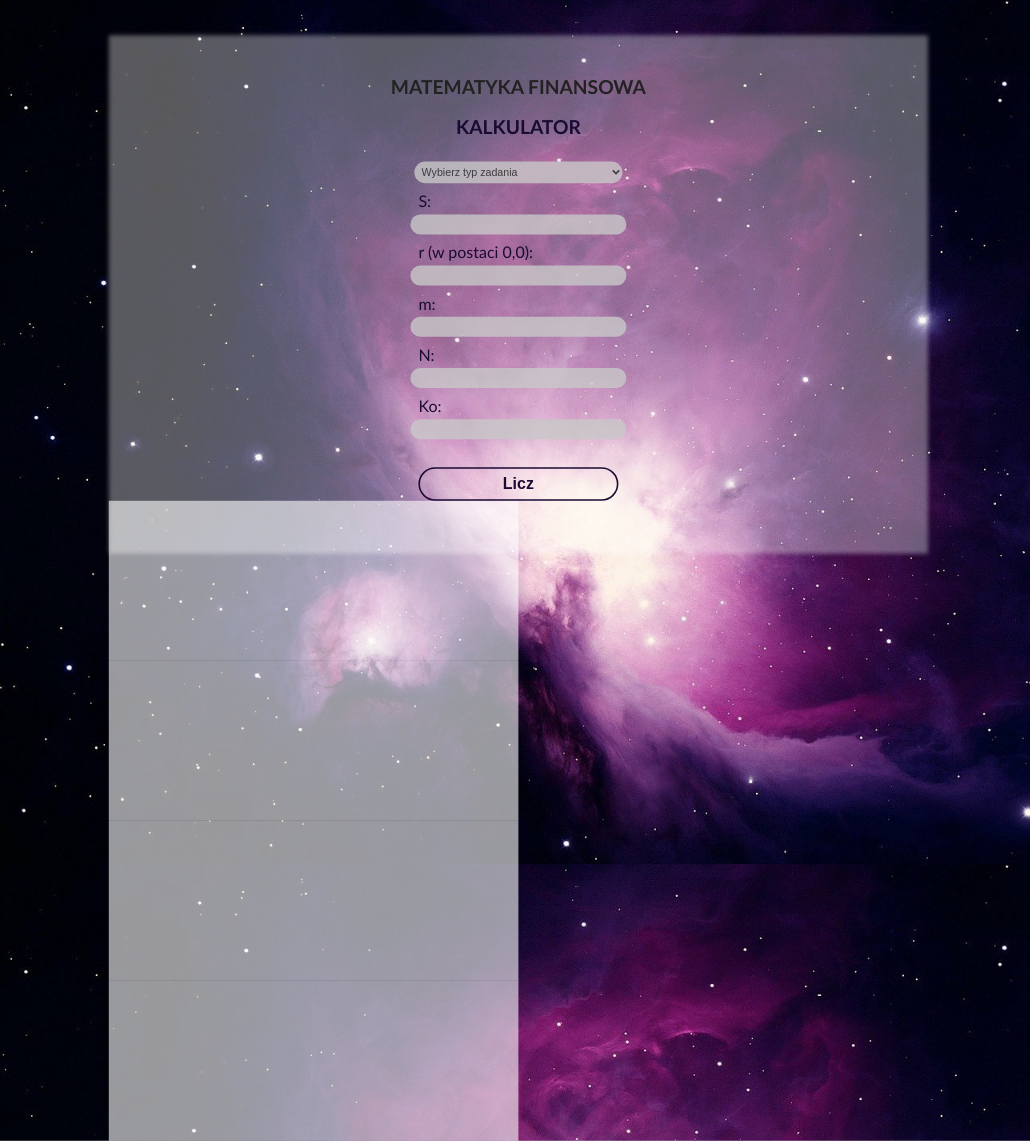
Repository: ravkita/MFCalc
Page: index.html
The author's editor kept a copy of each file at every save. The page is drawn from the files as they stood at one save, then again after the next save.
The browser window is 1280 px wide. The page is 1288 px wide, so the pictures cover 1288 px, including what lies to the right of the window. The pictures show the whole page, at 80% of full size.

Above is the page before, as saved 2021-04-12 20:10:39.

### index.html
<!DOCTYPE html>
<html lang="en">
<head>
    <meta charset="UTF-8">
    <meta http-equiv="X-UA-Compatible" content="IE=edge">
    <meta name="viewport" content="width=device-width, initial-scale=1.0">
    <title>Kalkulator</title>

    <style type="text/css">
        body{
            font-family: 'Gill Sans', 'Gill Sans MT', Calibri, 'Trebuchet MS', sans-serif;
            background-image: url('bg.jpg');
            width: 100vw;
            height: 100vh;
            overflow: hidden;
            display: flex;
            justify-content: center;
            align-items: center;
        }
        .popout{
            width: 80%;
            height: 90vh;
            position: relative;
        }
        .popout .bg{
            width: 100%;
            height: 100%;
            background: rgba(255, 255, 255, 0.35);
            filter: blur(2.55px);
            position: absolute;
            top: 0;
            left: 0;
            z-index: -1;
        }
        .header{
            width: 100%;
            display: flex;
            flex-direction: column;
            justify-content: center;
            align-items: center;
        }
        .title{
            color: #222;
            margin-top: 50px;
            margin-bottom: 10px;
        }
        .subtitle{
            margin-top: 10px;
            color: #1A0B34;
        }

        #form{
            display: flex;
            flex-direction: column;
            justify-content: center;
            align-items: center;
        }
        .formItem{
            display: flex;
            justify-content: flex-start;
            align-items: flex-start;
            flex-direction: column;
            margin-top: 10px;
        }
        select, input[type="number"]{
            width: calc(100vh/2 - 100px);
            outline: 0;
            border: 0;
            background: rgba(201, 201, 201, 0.8);
            border-radius: 20px;
            padding: 5px;
            color: #3d3d3d;
        }
        select:focus, input[type="number"]:focus{
            box-shadow: 0 4px 10px rgba(201, 201, 201, 0.35);
        }
        label{
            padding-left: 10px;
            padding-bottom: 5px;
            color: #1A0B34;
            font-size: 20px;
        }
        input[type="button"]{
            margin-top: 35px;
            background: transparent;
            width: 250px;
            border: solid 2px #1A0B34;
            color: #1A0B34;
            border-radius: 30px;
            font-size: 20px;;
            padding: 7.5px 0;
            font-weight: 600;
            outline: none;
            transition: all .3s ease-in;
        }
        input[type="button"]:hover{
            background: #1A0B34;
            color: #fff;
            cursor: pointer;
        }
        .result{

        }
        .cell{
            width: 50%;
            min-height: 200px;
            background: rgba(255, 255, 255, 0.6);
        }
    </style>
</head>
<body>
    <section class="popout">
        <div class="bg"></div>
        <header class="header">
            <h1 class="title">MATEMATYKA FINANSOWA</h1>
        <h2 class="subtitle">KALKULATOR</h2>
        </header>
        <form action="" id="form">
            <div class="formItem">
                <select name="type" id="typ">
                <option default>Wybierz typ zadania</option>
                <option value="1">zmienna rata</option>
                <option value="2">zmienne płatności</option>
                <option value="3">narastanie kapitału</option>
            </select>
            </div>
            <div class="formItem"><label for="S">S:</label> <input type="number" name="S" class="s"></div>
            <div class="formItem"><label for="r">r (w postaci 0,0):</label> <input type="number" name="r" class="r"></div>
            <div class="formItem"><label for="m">m:</label> <input type="number" name="m" class="m"></div>
            <div class="formItem"><label for="N">N:</label> <input type="number" name="N" class="N"></div>
            <div class="formItem"><label for="Ko">Ko:</label> <input type="number" name="Ko" class="Ko"></div>
            <input type="button" name="confirm" id="confirm" value="Licz">
        </form>
        <div class="result">
            <div class="cell cell-1"></div>
            <div class="cell cell-2"></div>
            <div class="cell cell-3"></div>
            <div class="cell cell-4"></div>
        </div>
    </section>
    <script type="text/javascript">
        let s;
        let r;
        let m;
        let N;
        let q;
        let a;
        let Ko;
        let Sn = [];

        // RATY


        function rataStała(){
            const el = document.createElement("p");
            let t = s/(m*N);
            el.innerText = `T: ${t}`;
            document.querySelector('.cell-1').appendChild(el);
        }
        function rataZmienna(){
            let tn = [];
            let sumaTn = 0;
                for(let i = 1; i<=N*m; i++){
                    const el = document.createElement("p");
                    tn[i-1] = s*((Math.pow(q, i) - Math.pow(q, i-1))/(Math.pow(q, m*N) - 1));
                    sumaTn += tn[i-1];
                    el.innerText = `T${i}: ${tn[i-1]}`;
                    document.querySelector('.cell-1').appendChild(el);
                }
                const suma = document.createElement("p");
            suma.innerText = `Suma rat: ${sumaTn}`;
            document.querySelector('.cell-1').appendChild(suma);
        }

        //KWOTA PŁATNOŚCI

        function kwotaPlatnosciStala(){
            const el = document.createElement("p");
            a = s*Math.pow(q, m*N)*((q-1)/(Math.pow(q, m*N)-1));
            el.innerText = `A: ${a}`;
            document.querySelector('.cell-2').appendChild(el);
        }
        function kwotaPlatnosciZmienna(){
            for(let i = 1; i<=N*m; i++){
                const el = document.createElement("p");
                let an = (s/(N*m))*[1+((N*m)-i+1)*(r/m)];
                el.innerText = `A${i}: ${an}`;
                document.querySelector('.cell-2').appendChild(el);
            }
        }

        // ODSETKI
        function odsetkiPrzyStalejRacie(){
            let sumaOs = 0;
            for(let i = 1; i<=N*m; i++){
                const el = document.createElement("p");
                let On = s*[1-((i-1)/(N*m))]*(r/m);
                sumaOs += On;
                el.innerText = `O${i}: ${On}`;
                document.querySelector('.cell-3').appendChild(el);
            }
            const suma = document.createElement("p");
            suma.innerText = `Suma odsetek: ${sumaOs}`;
            document.querySelector('.cell-3').appendChild(suma);
        }

        function odsetkiPrzyStalejKwocie(){
            saldoPrzyStałejKwocie();
            let On
            let sumaO = 0;
            for(let i = 1; i<=N*m; i++){
                const el = document.createElement("p");
                if(i === 1){
                     On = s*(r/m);
                     sumaO += On;
                }else{
                     On = Sn[i-2]*(r/m);
                     sumaO += On;
                }

                el.innerText = `O${i}: ${On}`;
                document.querySelector('.cell-3').appendChild(el);
            }
            const suma = document.createElement("p");
            suma.innerText = `Suma odsetek: ${sumaO}`;
            document.querySelector('.cell-3').appendChild(suma);
        }


        //SALDO
        function saldoPrzyStałejKwocie(){
            kwotaPlatnosciStala();
            for(let i = 1; i<=N*m; i++){
                const el = document.createElement("p");
                Sn[i-1] = s*(Math.pow((1+(r/m)), i)) - a*((Math.pow((1+(r/m)), i)-1)/((1+(r/m))-1));
                el.innerText = `S${i}: ${Sn[i-1]}`;
                document.querySelector('.cell-4').appendChild(el);
            }
        }

        function saldoPrzyStałejRacie(){
            for(let i = 1; i<=N*m; i++){
                const el = document.createElement("p");
                let SnS = s*(1-(i/(N*m)));
                el.innerText = `S${i}: ${SnS}`;
                document.querySelector('.cell-4').appendChild(el);
            }
        }


        //NARASTANIE KAPITAŁU

        function narastanieKapitału(){
            for(let i = 1; i<=N; i++){
                const el = document.createElement("p");
                let Kn = Ko*(Math.pow((1+(r/m)), i*m));
                el.innerText = `K${i}: ${Kn}`;
                document.querySelector('.cell-1').appendChild(el);
            }
        }



        function getData(){
            document.getElementById('confirm').addEventListener('click', (e) =>{
                s = document.querySelector('.s').value;
                r = document.querySelector('.r').value;
                m = document.querySelector('.m').value;
                N = document.querySelector('.N').value;
                Ko = document.querySelector('.Ko').value;
                q = 1+(r/m);
                let type = document.querySelector('#typ').value;
                document.querySelector('.result').innerHTML="";

                switch (type){
                    case "1":
                    rataZmienna();
                    kwotaPlatnosciStala();
                    odsetkiPrzyStalejKwocie()
                    break;
                    case "2":
                    rataStała();
                    kwotaPlatnosciZmienna();
                    odsetkiPrzyStalejRacie();
                    saldoPrzyStałejRacie();
                    break;
                    case "3":
                    narastanieKapitału();
                }
            });
        }
        getData();
    </script>
</body>
</html>

After the next save:
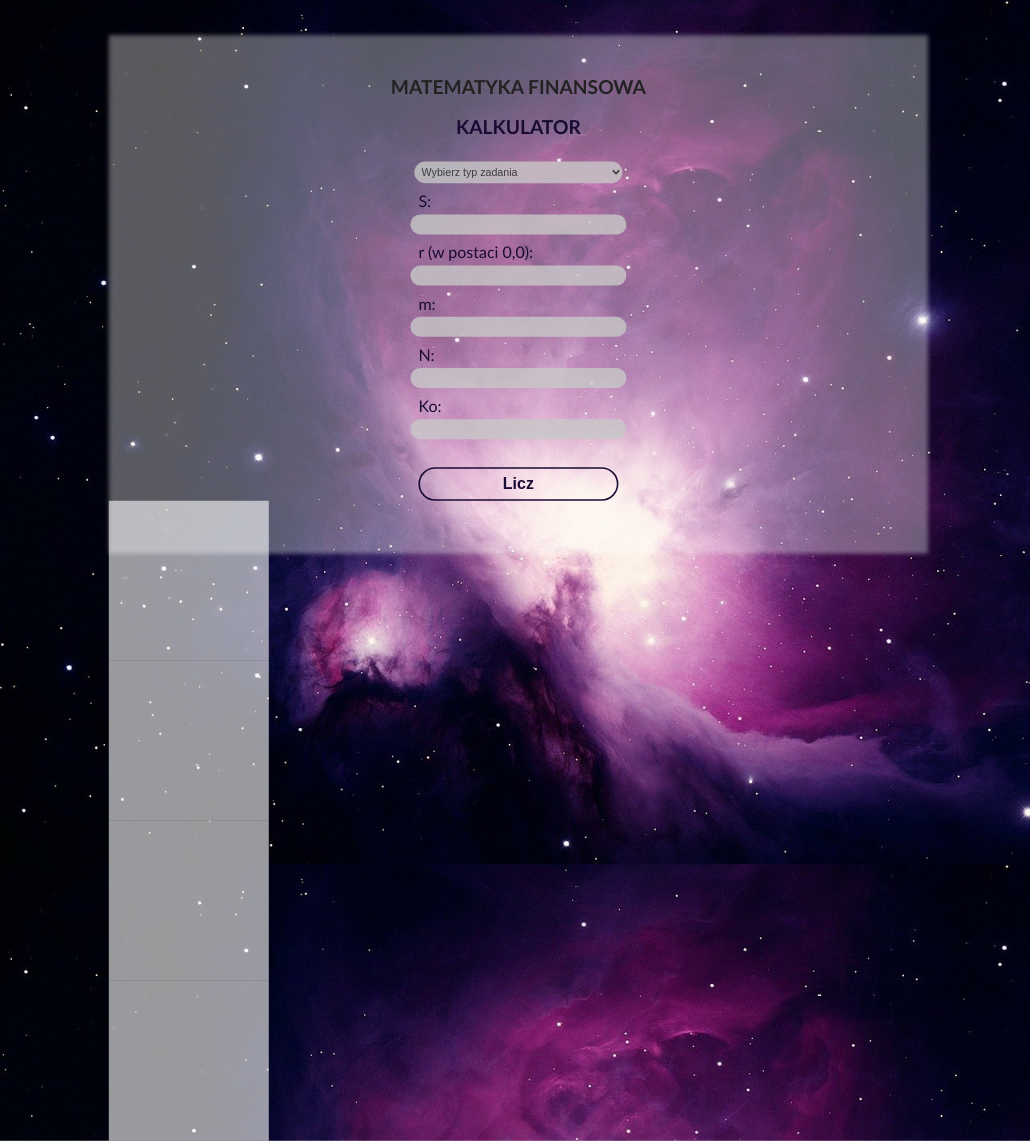
Saved 19 s later.
--- a/index.html
+++ b/index.html
@@ -102,7 +102,7 @@
 
         }
         .cell{
-            width: 50%;
+            width: 200px;
             min-height: 200px;
             background: rgba(255, 255, 255, 0.6);
         }
